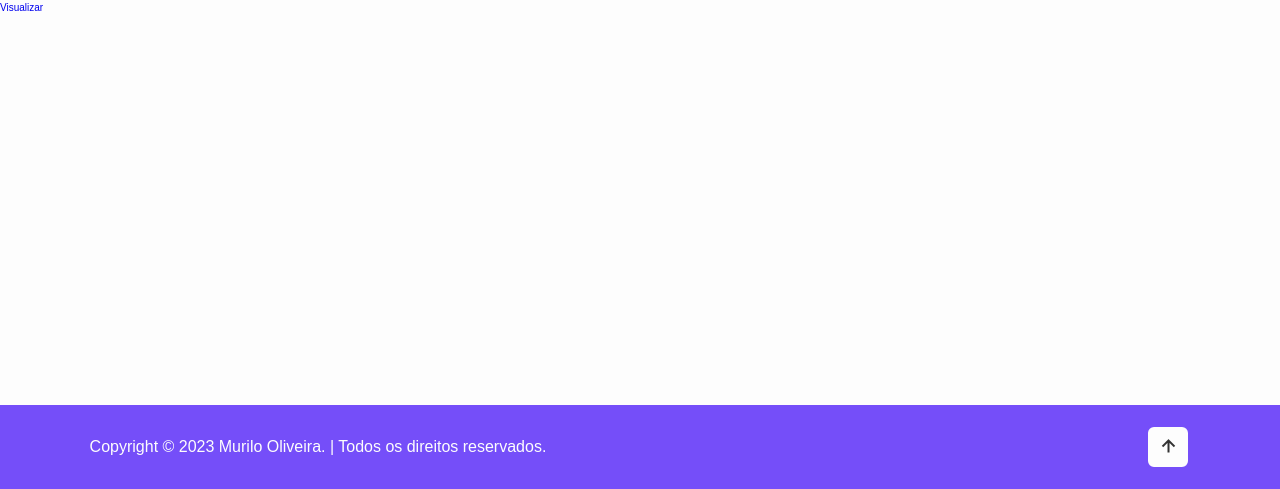
Repository: devMuriloOliveira/Portfolio-
Page: projetos/projeto-1.html
The author's editor kept a copy of each file at every save. The page is drawn from the files as they stood at one save, then again after the next save.
The browser window is 1280 px wide. The pictures show the part of the page from y = 515 to 1004 px (the page is 1004 px tall).
Some web fonts or font styles are not loaded; a fallback is used.

Above is the page before, as saved 2023-03-16 15:53:16.

### projetos/projeto-1.html
<!DOCTYPE html>
<html lang="en">
  <head>
    <meta charset="UTF-8" />
    <meta http-equiv="X-UA-Compatible" content="IE=edge" />
    <meta name="viewport" content="width=device-width, initial-scale=1.0" />

    <!--swiper css-->
    <link
      rel="stylesheet"
      href="https://cdn.jsdelivr.net/npm/swiper@9/swiper-bundle.min.css"
    />

    <!--box icons-->
    <link
      href="https://unpkg.com/boxicons@2.1.4/css/boxicons.min.css"
      rel="stylesheet"
    />

    <!--font-->
    <link
      rel="stylesheet"
      href="https://fonts.googleapis.com/css2?family=Material+Symbols+Outlined:opsz,wght,FILL,GRAD@20..48,100..700,0..1,-50..200"
    />

    <!--css-->
    <link rel="stylesheet" href="projeto-1.css" />
    <title>BeautySalon</title>
  </head>
  <body>
    <header class="header">
      <a class="logo" href="#">Murilo<span>Oliveira</span>.</a>

      <nav class="navbar">
        <a href="/index.html" class="active">Início</a>
      </nav>

      <div class="bx bx bx-moon" id="darkMode-icon"></div>

      <div class="bx bx-menu" id="menu-icon"></div>
    </header>

    <section>
      <div class="video">
        <iframe
          width="560"
          height="315"
          src="https://www.youtube.com/embed/JxFzhGkumwg"
          title="YouTube video player"
          frameborder="0"
          allow="accelerometer; autoplay; clipboard-write; encrypted-media; gyroscope; picture-in-picture; web-share"
          allowfullscreen
        ></iframe>
      </div>

      <a
        class="btn"
        target="_blank"
        href="https://devmurilooliveira.github.io/Alura-Books/"
        >Visualizar</a
      >
    </section>

    <footer class="footer">
      <div class="footer-text">
        <p>
          Copyright &copy; 2023 Murilo Oliveira. | Todos os direitos reservados.
        </p>
      </div>

      <div class="footer-iconTop">
        <a href="#"><i class="bx bx-up-arrow-alt"></i></a>
      </div>
    </footer>
  </body>
</html>

### projetos/projeto-1.css
*{
  margin: 0;
  padding: 0;
  box-sizing: border-box;
  text-decoration: none;
  border: none;
  outline: none;
  scroll-behavior: smooth;
  font-family: 'Poppins', sans-serif;
}

:root{
  --bg-color: #fdfdfd;
  --bg-color-second: #fafafa;
  --text-color: #333;
  --main-color: #754ef9;
  --white-color: #fdfdfd;
  --shadow-color: rgba(0, 0, 0, .2);
}

.dark-mode{
  --bg-color: #0b061f;
  --text-color: #fdfdfd;
  --shadow-color: rgba(0, 0, 0, .7);
}

html{
  font-size: 62.5%;
  overflow-x: hidden;
}

body{
  background: var(--bg-color);
  color: var(--text-color);
}


.header{
  position: fixed;
  top: 0;
  left: 0;
  width: 100%;
  padding: 2rem 7%;
  background: var(--main-color);
  display: flex;
  align-items: center;
  z-index: 100;
  transition: .5s;
  box-shadow: 0 .1rem 1rem var(--shadow-color);

}

.sticky{
  background: var(--bg-color);
  box-shadow: 0 .1rem 1rem var(--shadow-color);
}

.logo{
  font-size: 2.5rem;
  color: var(--white-color);
  font-weight: 600;
  cursor: pointer;
  margin-right: auto;
}

.navbar a{
  position: relative;
  font-size: 1.7rem;
  color: var(--white-color);
  font-weight: 500;
  margin-right: 3.5rem;
}

 .sticky .navbar a{
  color: var(--text-color);
}

 .sticky .navbar a.active{
  color: var(--main-color);
}


.navbar a.active::before{
  content: '';
  position: absolute;
  left: 0;
  bottom: -6px;
  width: 100%;
  height: .2rem;
  background: var(--white-color);
}

  .sticky .navbar a::before{
  background: var(--main-color);
  opacity: .7;
}


#darkMode-icon{
  font-size: 2.4rem;
  color: var(--white-color);
  cursor: pointer;
}

.sticky #darkMode-icon{
  color: var(--text-color);
  opacity: .9;
}

#menu-icon{
  font-size: 3.6rem;
  color: var(--text-color);
  display: none;
}

section{
  min-height: 100vh;

}

.video{
  text-align: center;
  margin-top: 20rem;

}

.footer{
  display: flex;
  justify-content: space-between;
  align-items: center;
  flex-wrap: wrap;
  padding: 2rem 7%;
  background: var(--main-color);
}

.footer-text{
  font-size: 1.6rem;
  color: var(--white-color);
}

.footer-iconTop a{
  display: inline-flex;
  justify-content: center;
  align-items: center;
  padding: .8rem;
  background: var(--white-color);
  border-radius: .8rem;
  border: .2rem solid var(--main-color);
  outline: .2rem solid transparent;
  transition: .5s ease;
}

.footer-iconTop a:hover{
  outline-color: var(--white-color);
}

.footer-iconTop a i{
  font-size: 2.4rem;
  color: #333;
}

After the next save:
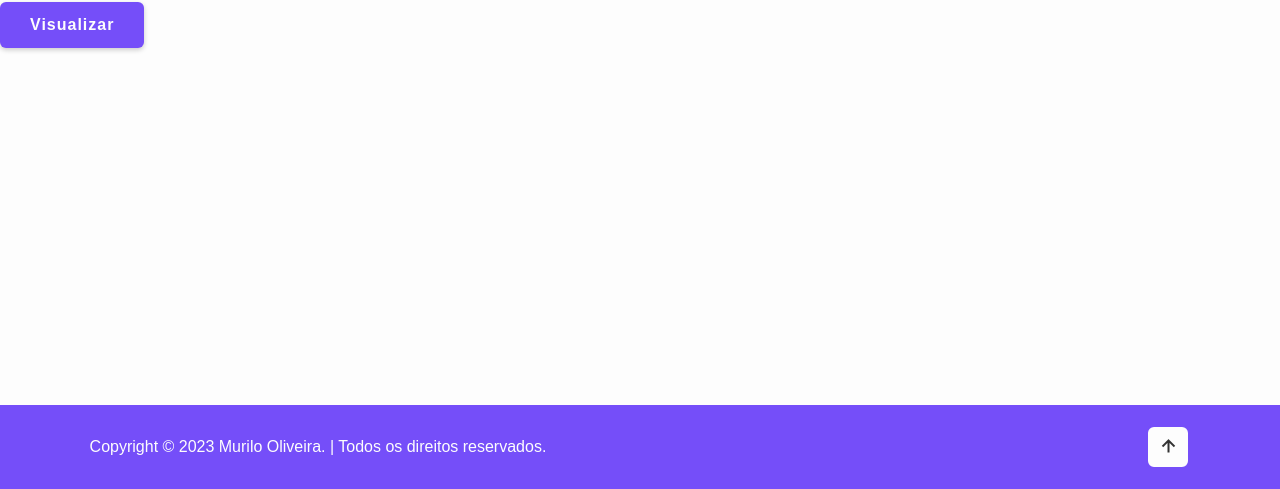
Saved 31 s later.
--- a/projetos/projeto-1.css
+++ b/projetos/projeto-1.css
@@ -124,6 +124,27 @@ section{
 
 }
 
+.btn{
+  display: inline-block;
+  padding: 1.2rem 2.8rem;
+  background: var(--main-color);
+  border-radius: .6rem;
+  box-shadow: 0 .2rem .5rem var(--shadow-color);
+  font-size: 1.6rem;
+  color: var(--white-color);
+  letter-spacing: .1rem;
+  font-weight: 600;
+  border: .2rem solid transparent;
+  transition: .5s ease;
+}
+
+.btn:hover{
+  background: transparent;
+  color: var(--main-color);
+  border-color: var(--main-color);
+}
+
+
 .footer{
   display: flex;
   justify-content: space-between;
